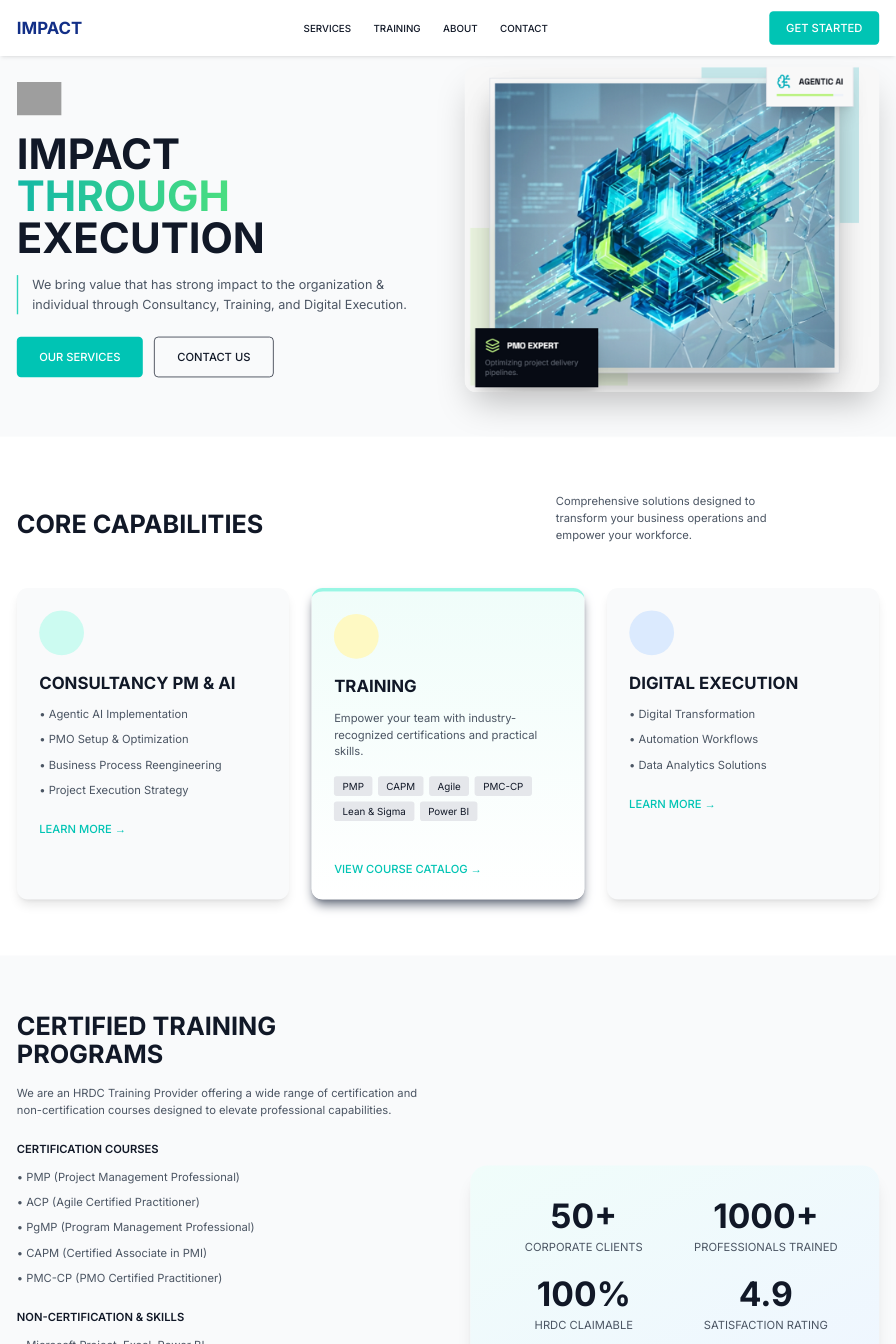
Repository: hsuntariq/web-pages
Page: impact/index.html
These files come from the project's save history. The page is drawn as it stood at one moment and after a run of saves; the edit follows.
The browser window is 1280 px wide. The pictures show the part of the page from y = 0 to 1920 px (the page is 4097 px tall), at 70% of full size.
Pictures or frames that could not be fetched are drawn as grey boxes. Some web libraries are served in a nearby version.

Above is the page before, as saved 2025-12-28 20:25:27.

### impact/index.html
<!DOCTYPE html>
<html lang="en" class="scroll-smooth">
  <head>
    <meta charset="UTF-8" />
    <meta name="viewport" content="width=device-width, initial-scale=1.0" />
    <title>
      Impact Through Execution – HRDC Certified Training Provider Malaysia
    </title>
    <meta
      name="description"
      content="HRDC certified training provider offering PMP, CAPM, Agile, AI in PM, and digital transformation courses in Malaysia. Consultancy, corporate training, and execution solutions."
    />
    <script src="https://cdn.tailwindcss.com"></script>
    <script>
      tailwind.config = {
        theme: {
          extend: {
            colors: {
              primary: "#00C4B4", // teal for buttons
              accent: "#122F87", // dark blue for accents
            },
          },
        },
      };
    </script>
    <link
      href="https://fonts.googleapis.com/css2?family=Inter:wght@400;500;600;700;800&display=swap"
      rel="stylesheet"
    />
    <style>
      body {
        font-family: "Inter", sans-serif;
      }
    </style>
  </head>
  <body class="bg-white text-gray-900">
    <!-- Navigation -->
    <header class="fixed top-0 left-0 right-0 bg-white shadow-md z-50">
      <nav
        class="max-w-7xl mx-auto px-6 py-4 flex items-center justify-between"
      >
        <div class="text-2xl font-bold text-accent">IMPACT</div>
        <div class="hidden md:flex space-x-8 text-sm font-medium">
          <a href="#services" class="hover:text-primary transition">SERVICES</a>
          <a href="#training" class="hover:text-primary transition">TRAINING</a>
          <a href="#about" class="hover:text-primary transition">ABOUT</a>
          <a href="#contact" class="hover:text-primary transition">CONTACT</a>
        </div>
        <a
          href="#"
          class="bg-primary text-white px-6 py-3 rounded-md font-medium hover:bg-primary/90 transition"
          >GET STARTED</a
        >
      </nav>
    </header>

    <!-- Hero Section -->
    <section class="pt-24 pb-16 bg-gray-50">
      <div
        class="max-w-7xl mx-auto px-6 grid lg:grid-cols-2 gap-12 items-center"
      >
        <div>
          <img
            src="https://precisionwellness.my/wp-content/uploads/2025/06/HRDC_Claimable_Registered_Training_Provider_Logos-scaled.webp"
            alt="HRDC Certified Training Provider"
            class="h-12 mb-6"
          />
          <h1
            class="text-5xl md:text-6xl font-bold text-gray-900 leading-tight"
          >
            IMPACT<br />
            <span
              class="bg-gradient-to-r text-transparent from-teal-500 bg-clip-text to-green-400"
            >
              THROUGH
            </span>
            <br />EXECUTION
          </h1>
          <p
            class="text-lg text-gray-600 border border-l-3 border-teal-400 border-2 border-t-0 border-b-0 border-e-0 ps-5 mt-6 mb-8"
          >
            We bring value that has strong impact to the organization &
            individual through Consultancy, Training, and Digital Execution.
          </p>
          <div class="flex flex-col sm:flex-row gap-4">
            <a
              href="#"
              class="bg-primary text-white px-8 py-4 rounded-md font-medium hover:bg-primary/90 transition"
              >OUR SERVICES</a
            >
            <a
              href="#"
              class="border border-gray-900 text-gray-900 px-8 py-4 rounded-md font-medium hover:bg-gray-900 hover:text-white transition"
              >CONTACT US</a
            >
          </div>
        </div>
        <div class="relative">
          <img
            src="./hero.PNG"
            alt="Agentic AI transforming project management"
            class="rounded-2xl shadow-2xl w-full"
          />
          <!-- <div
            class="absolute top-4 right-4 bg-black text-white px-4 py-2 rounded-md text-sm font-medium"
          >
            AGENTIC AI
          </div> -->
          <!-- <div
            class="absolute bottom-4 left-4 bg-black text-white px-6 py-3 rounded-md font-medium"
          >
            PMO EXPERT<br />Delivering project delivery excellence
          </div> -->
        </div>
      </div>
    </section>

    <!-- Core Capabilities -->
    <section class="py-20 bg-white">
      <div class="max-w-7xl mx-auto px-6">
        <div
          class="grid grid-cols-1 md:grid-cols-2 justify-between items-center"
        >
          <h2 class="text-4xl font-bold text-left mb-12">CORE CAPABILITIES</h2>
          <p class="text-left text-gray-600 mb-16 w-full md:w-1/2 mx-auto">
            Comprehensive solutions designed to transform your business
            operations and empower your workforce.
          </p>
        </div>
        <div class="grid grid-cols-1 md:grid-cols-3 gap-8">
          <!-- Consultancy PM & AI -->
          <div class="bg-gray-50 rounded-2xl p-8 shadow-lg">
            <div class="bg-teal-100 w-16 h-16 rounded-full mb-6"></div>
            <h3 class="text-2xl font-bold mb-4">CONSULTANCY PM & AI</h3>
            <ul class="space-y-3 text-gray-600">
              <li>• Agentic AI Implementation</li>
              <li>• PMO Setup & Optimization</li>
              <li>• Business Process Reengineering</li>
              <li>• Project Execution Strategy</li>
            </ul>
            <a
              href="#"
              class="mt-8 inline-block text-primary font-medium hover:underline"
              >LEARN MORE →</a
            >
          </div>
          <!-- Training -->
          <div
            class="bg-gradient-to-b from-teal-50 to-white rounded-2xl shadow-2xl shadow-gray-500 border-e-0 border-s-0 border-b-0 border-[5px] p-8 shadow-lg border border-teal-200"
          >
            <div class="bg-yellow-100 w-16 h-16 rounded-full mb-6"></div>
            <h3 class="text-2xl font-bold mb-4">TRAINING</h3>
            <p class="text-gray-600 mb-6">
              Empower your team with industry-recognized certifications and
              practical skills.
            </p>
            <div class="flex flex-wrap gap-2 mb-6">
              <span class="bg-gray-200 px-3 py-1 rounded text-sm">PMP</span>
              <span class="bg-gray-200 px-3 py-1 rounded text-sm">CAPM</span>
              <span class="bg-gray-200 px-3 py-1 rounded text-sm">Agile</span>
              <span class="bg-gray-200 px-3 py-1 rounded text-sm">PMC-CP</span>
              <span class="bg-gray-200 px-3 py-1 rounded text-sm"
                >Lean & Sigma</span
              >
              <span class="bg-gray-200 px-3 py-1 rounded text-sm"
                >Power BI</span
              >
            </div>
            <a
              href="#"
              class="mt-8 inline-block text-primary font-medium hover:underline"
              >VIEW COURSE CATALOG →</a
            >
          </div>
          <!-- Digital Execution -->
          <div class="bg-gray-50 rounded-2xl p-8 shadow-lg">
            <div class="bg-blue-100 w-16 h-16 rounded-full mb-6"></div>
            <h3 class="text-2xl font-bold mb-4">DIGITAL EXECUTION</h3>
            <ul class="space-y-3 text-gray-600">
              <li>• Digital Transformation</li>
              <li>• Automation Workflows</li>
              <li>• Data Analytics Solutions</li>
            </ul>
            <a
              href="#"
              class="mt-8 inline-block text-primary font-medium hover:underline"
              >LEARN MORE →</a
            >
          </div>
        </div>
      </div>
    </section>

    <!-- Certified Training Programs -->
    <section class="py-20 bg-gray-50">
      <div
        class="max-w-7xl mx-auto px-6 grid lg:grid-cols-2 gap-16 items-center"
      >
        <div>
          <h2 class="text-4xl font-bold mb-6">CERTIFIED TRAINING PROGRAMS</h2>
          <p class="text-gray-600 mb-8">
            We are an HRDC Training Provider offering a wide range of
            certification and non-certification courses designed to elevate
            professional capabilities.
          </p>
          <div class="space-y-8">
            <div>
              <h4 class="font-semibold mb-4">CERTIFICATION COURSES</h4>
              <ul class="space-y-3 text-gray-600">
                <li>• PMP (Project Management Professional)</li>
                <li>• ACP (Agile Certified Practitioner)</li>
                <li>• PgMP (Program Management Professional)</li>
                <li>• CAPM (Certified Associate in PMI)</li>
                <li>• PMC-CP (PMO Certified Practitioner)</li>
              </ul>
            </div>
            <div>
              <h4 class="font-semibold mb-4">NON-CERTIFICATION & SKILLS</h4>
              <ul class="space-y-3 text-gray-600">
                <li>• Microsoft Project, Excel, Power BI</li>
                <li>• Critical Thinking</li>
                <li>• Agile Methodologies</li>
                <li>• JIRA Administration</li>
                <li>• PMI Essential</li>
                <li>• AI + Agentic AI Automation</li>
                <li>• Lean & Sigma</li>
              </ul>
            </div>
            <a
              href="#"
              class="bg-gray-900 text-white px-8 py-4 rounded-md font-medium hover:bg-gray-800 transition"
              >DOWNLOAD COURSE BROCHURE</a
            >
          </div>
        </div>
        <div
          class="bg-gradient-to-br from-teal-50 to-blue-50 rounded-3xl p-12 shadow-xl"
        >
          <div class="grid grid-cols-2 gap-8 text-center">
            <div>
              <div class="text-5xl font-bold text-gray-900">50+</div>
              <p class="text-gray-600 mt-2">CORPORATE CLIENTS</p>
            </div>
            <div>
              <div class="text-5xl font-bold text-gray-900">1000+</div>
              <p class="text-gray-600 mt-2">PROFESSIONALS TRAINED</p>
            </div>
            <div>
              <div class="text-5xl font-bold text-gray-900">100%</div>
              <p class="text-gray-600 mt-2">HRDC CLAIMABLE</p>
            </div>
            <div>
              <div class="text-5xl font-bold text-gray-900">4.9</div>
              <p class="text-gray-600 mt-2">SATISFACTION RATING</p>
            </div>
          </div>
        </div>
      </div>
    </section>

    <!-- Upcoming Classes -->
    <section class="py-16 bg-black text-white text-center">
      <div class="max-w-7xl mx-auto px-6">
        <h2 class="text-4xl font-bold mb-4">UPCOMING CLASSES</h2>
        <p class="text-lg mb-10">
          Ready to level up? Check out our schedule for the latest PMP, Agile,
          and AI workshops.
        </p>
        <a
          href="#"
          class="bg-primary text-white px-10 py-5 rounded-md text-lg font-medium hover:bg-primary/90 transition inline-block"
          >VIEW CLASS SCHEDULE →</a
        >
      </div>
    </section>

    <!-- Double Impact Advantage -->
    <section class="py-20 bg-white">
      <div class="max-w-7xl mx-auto px-6">
        <h2 class="text-4xl font-bold text-center mb-12">
          THE DOUBLE IMPACT ADVANTAGE
        </h2>
        <p class="text-center text-gray-600 mb-16 max-w-3xl mx-auto">
          We don’t just teach; we ensure transformation. Our unique methodology
          guarantees results for both the individual and the organization.
        </p>
        <div class="grid lg:grid-cols-2 gap-12 items-center">
          <div class="space-y-12">
            <div class="flex gap-6">
              <div
                class="bg-teal-100 w-16 h-16 rounded-full flex-shrink-0"
              ></div>
              <div>
                <h4 class="font-bold text-xl">AI STUDY COMPANION</h4>
                <p class="text-gray-600">
                  Learning doesn’t stop when the class ends. Our Custom AI tutor
                  helps students study after sessions, reinforcing concepts and
                  answering questions 24/7.
                </p>
              </div>
            </div>
            <div class="flex gap-6">
              <div
                class="bg-teal-100 w-16 h-16 rounded-full flex-shrink-0"
              ></div>
              <div>
                <h4 class="font-bold text-xl">POST-CLASS COACHING</h4>
                <p class="text-gray-600">
                  We provide dedicated coaching sessions to ensure knowledge is
                  applied correctly in the real world, maximizing the ROI for
                  the organization.
                </p>
              </div>
            </div>
            <div class="flex gap-6">
              <div
                class="bg-teal-100 w-16 h-16 rounded-full flex-shrink-0"
              ></div>
              <div>
                <h4 class="font-bold text-xl">DOUBLE THE IMPACT</h4>
                <p class="text-gray-600">
                  By combining cutting-edge tech with human mentorship, we
                  deliver exponential growth. Better skills for the employee,
                  better results for the company.
                </p>
              </div>
            </div>
          </div>
          <div class="relative">
            <div class="bg-gray-900 rounded-3xl p-12 shadow-2xl text-white">
              <div class="flex justify-between items-start mb-8">
                <div class="text-4xl font-bold">100% Success</div>
                <div class="text-yellow-400">★★★★★</div>
              </div>
              <p class="text-2xl font-bold mb-6">PMP Certificate Holder Rate</p>
              <blockquote class="text-lg italic mb-8">
                “I was worried about the PMP exam, but the AI tutor made it a
                breeze! It was actually... fun?”
              </blockquote>
              <p class="font-medium">— John S.</p>
              <blockquote class="text-lg italic mt-8 mb-8">
                “The only thing agile about me before this was how fast I ran
                away from spreadsheets. Now I'm a pro!”
              </blockquote>
              <p class="font-medium">— Amanda L.</p>
              <a
                href="#"
                class="mt-10 inline-block text-primary font-medium hover:underline"
                >SEE MORE SUCCESS STORIES →</a
              >
            </div>
          </div>
        </div>
      </div>
    </section>

    <!-- CTA -->
    <section
      class="py-20"
      style="
        background-image: url('https://thumbs.dreamstime.com/b/creative-glowing-blue-forex-chart-wallpaper-grid-invest-finance-concept-stock-market-chart-business-graph-background-159151545.jpg');
        background-size: cover;
        background-position: center;
      "
    >
      <div class="max-w-7xl mx-auto px-6 text-center text-white">
        <h2 class="text-5xl font-bold mb-6">READY TO MAKE AN IMPACT?</h2>
        <p class="text-xl mb-12">
          Let’s discuss how our consultancy and training solutions can drive
          your organization forward.
        </p>
        <div class="flex flex-col sm:flex-row gap-6 justify-center">
          <a
            href="#"
            class="bg-primary text-white px-10 py-5 rounded-md text-lg font-medium hover:bg-primary/90 transition"
            >GET IN TOUCH</a
          >
          <a
            href="#"
            class="border-2 border-white text-white px-10 py-5 rounded-md text-lg font-medium hover:bg-white hover:text-black transition"
            >VIEW CASE STUDIES</a
          >
        </div>
      </div>
    </section>

    <!-- Footer -->
    <footer class="bg-black text-white py-12">
      <div class="max-w-7xl mx-auto px-6 grid md:grid-cols-4 gap-8">
        <div>
          <div class="text-3xl font-bold mb-4">IMPACT</div>
          <p class="text-sm text-gray-400">
            We bring value that has strong impact to the organization &
            individual through Consultancy, Training, and Digital Execution.
          </p>
        </div>
        <div>
          <h4 class="font-bold mb-4">SERVICES</h4>
          <ul class="space-y-2 text-sm text-gray-400">
            <li>Consultancy PM & AI</li>
            <li>Corporate Training</li>
            <li>Digital Execution</li>
            <li>Business Process Reengineering</li>
          </ul>
        </div>
        <div>
          <h4 class="font-bold mb-4">COMPANY</h4>
          <ul class="space-y-2 text-sm text-gray-400">
            <li>About Us</li>
            <li>Contact</li>
            <li>Careers</li>
            <li>Privacy Policy</li>
          </ul>
        </div>
        <div class="text-right">
          <p class="text-sm text-gray-400">
            © 2025 Impact. All rights reserved.
          </p>
          <p class="text-xs text-gray-500 mt-4">
            HRDC Training Provider Certified
          </p>
        </div>
      </div>
    </footer>
  </body>
</html>

After the next 4 saves:
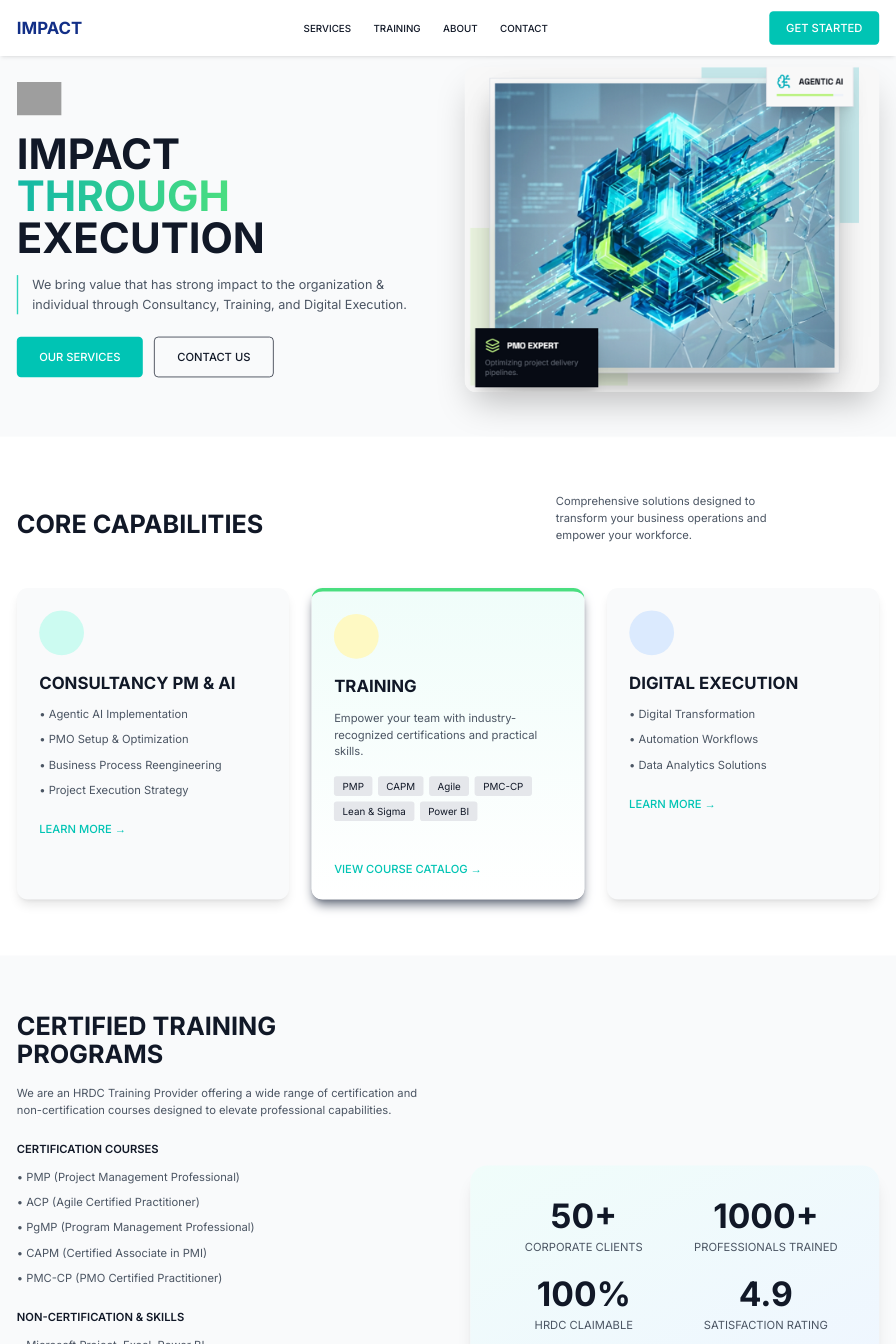
The 4 saves are shown as one change because they came seconds apart.
The last was saved 11 s later.
--- a/impact/index.html
+++ b/impact/index.html
@@ -146,7 +146,7 @@
           </div>
           <!-- Training -->
           <div
-            class="bg-gradient-to-b from-teal-50 to-white rounded-2xl shadow-2xl shadow-gray-500 border-e-0 border-s-0 border-b-0 border-[5px] p-8 shadow-lg border border-teal-200"
+            class="bg-gradient-to-b from-teal-50 to-white rounded-2xl shadow-2xl shadow-gray-500 border-e-0 border-s-0 border-b-0 border-[5px] p-8 shadow-lg border border-green-400"
           >
             <div class="bg-yellow-100 w-16 h-16 rounded-full mb-6"></div>
             <h3 class="text-2xl font-bold mb-4">TRAINING</h3>
